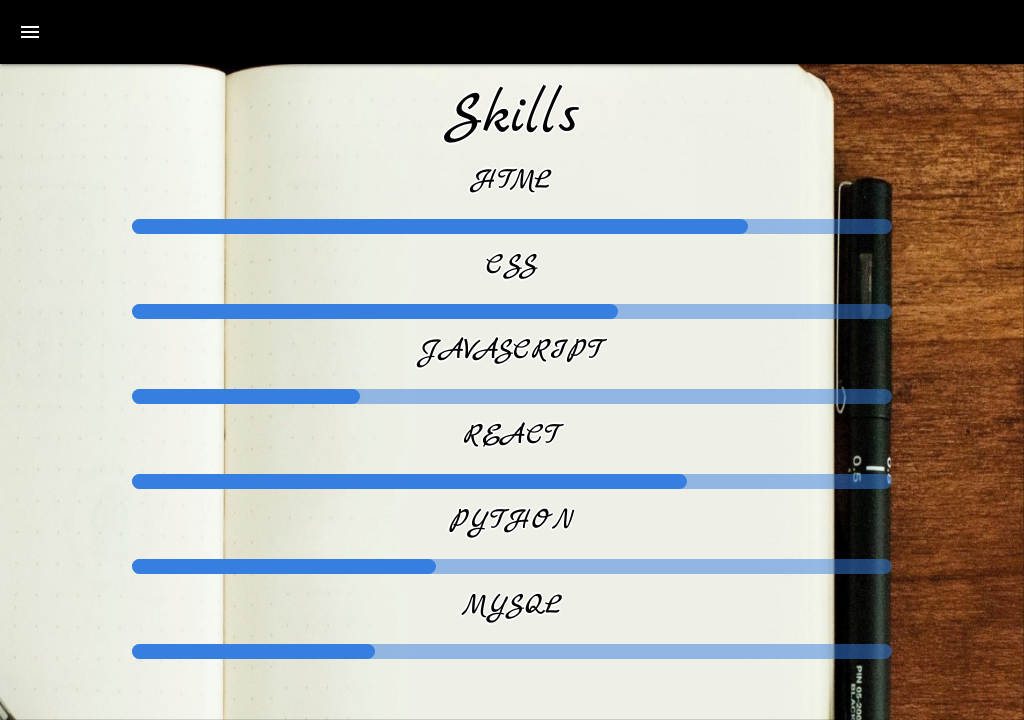
Repository: Ajtheult/portfolio.v3
Page: /skills
An editor plug-in stored every save of this project. The page is shown before and after the next save, followed by the edit.
The browser window is 1024 px wide. The pictures show the whole page.
Some web fonts or font styles are not loaded; a fallback is used. The project was rebuilt for these pictures with package versions that can differ from the ones it lists, and the page was loaded fresh each time. Also part of the build but not shown: src/components/layout/pages/Home.js, src/components/layout/pages/MyWork.js, src/components/layout/pages/Testimonials.js.

Above is the page before, as saved 2020-07-31 12:47:14.

### public/index.html
<!DOCTYPE html>
<html lang="en">
  <head>
    <meta charset="utf-8" />
    <link rel="icon" href="%PUBLIC_URL%/favicon.ico" />
    <meta name="viewport" content="width=device-width, initial-scale=1" />
    <meta name="theme-color" content="#000000" />
    <meta
      name="description"
      content="Web site created using create-react-app"
    />

    <link rel="manifest" href="%PUBLIC_URL%/manifest.json" />
    <link
      href="https://fonts.googleapis.com/css2?family=Marck+Script&display=swap"
      rel="stylesheet"
    />
    <link
      href="https://fonts.googleapis.com/css2?family=Gruppo&display=swap"
      rel="stylesheet"
    />
    <link rel="manifest" href="%PUBLIC_URL%/manifest.json" />

    <link
      rel="stylesheet"
      href="https://fonts.googleapis.com/icon?family=Material+Icons"
    />

    <link
      rel="stylesheet"
      href="https://use.fontawesome.com/releases/v5.7.2/css/all.css"
      integrity="sha384-fnmOCqbTlWIlj8LyTjo7mOUStjsKC4pOpQbqyi7RrhN7udi9RwhKkMHpvLbHG9Sr"
      crossorigin="anonymous"
    />
    <title>Asaph Franks portfolio</title>
  </head>
  <body>
    <noscript>You need to enable JavaScript to run this app.</noscript>
    <div id="root"></div>
  </body>
</html>

### src/index.js
import React from "react";
import ReactDOM from "react-dom";
import App from "./App";
import "materialize-css/dist/css/materialize.min.css";

ReactDOM.render(
  <React.StrictMode>
    <App />
  </React.StrictMode>,
  document.getElementById("root")
);

### src/App.js
import React from "react";

import { Home } from "./components/layout/pages/Home";
import { Skills } from "./components/layout/pages/Skills";
import { MyWork } from "./components/layout/pages/MyWork";
import { Testimonials } from "./components/layout/pages/Testimonials";
import Navbar from "./components/layout/navbar/Navbar";

import { BrowserRouter as Router, Route, Switch } from "react-router-dom";
import "./App.css";

function App() {
  return (
    <Router>
      <div className="App">
        <Navbar />

        <Switch>
          <Route exact path="/portfolio-v3" component={Home} />
          <Route path="/skills" component={Skills} />
          <Route path="/mywork" component={MyWork} />
          <Route path="/testimonials" component={Testimonials} />
        </Switch>
      </div>
    </Router>
  );
}

export default App;

### src/components/layout/pages/Skills.js
import React from "react";
import "../../../App.css";
import background4 from "../resources/background4.jpg";

export const Skills = () => {
  return (
    <div>
      <div className="bg-color">
        <img src={background4} className="bg" alt="bg" />
      </div>
      <div class="container_properties">
        <h1 className="skills_heading">Skills</h1>
        <ul>
          <li className="html skills_li skills_text">HTML</li>
          <li className="css skills_li skills_text">CSS</li>
          <li className="js skills_li skills_text">JavaScript</li>
          <li className="react skills_li skills_text">React</li>
          <li className="py skills_li skills_text">Python</li>
          <li className="sql skills_li skills_text">mySQL</li>
        </ul>
      </div>
    </div>
  );
};

### src/components/layout/navbar/Navbar.js
/* eslint-disable no-unused-vars */
import React, { Component } from "react";
import M from "materialize-css/dist/js/materialize.min.js";
import me from "./me.jpg";
import music from "./music.jpg";
import "../../../App.css";
import { Link } from "react-router-dom";

export class Navbar extends Component {
  componentDidMount() {
    document.addEventListener("DOMContentLoaded", function () {
      var elems = document.querySelectorAll(".sidenav");
      var instances = M.Sidenav.init(elems, {});
    });
  }

  render() {
    return (
      <div>
        <nav>
          <div className="nav-wrapper colour">
            <a
              href="#home"
              data-target="slide-out"
              className="sidenav-trigger show-on-large"
            >
              <i className="material-icons">menu</i>
            </a>
          </div>
        </nav>

        <ul id="slide-out" className="sidenav">
          <li>
            <div className="user-view">
              <div className="background">
                <img className="background_img" src={music} alt="img" />
              </div>

              <img className="circle" src={me} alt="img of me" />

              <span className="black-text name move_me">Asaph Franks</span>

              <span className="black-text email  move_me">
                Asaphfranksboi@gmail.com
              </span>
            </div>
            {/* Change font so that the name can be better read */}
          </li>
          <Link to="/portfolio-v3">
            <br />
            <li className="colour_of_nav">Home</li>
          </Link>{" "}
          <br />
          <Link to="/skills">
            <li className="colour_of_nav">Skills</li>
          </Link>
          <br />
          <Link to="/mywork">
            <li className="colour_of_nav">Work</li>
          </Link>
          <br />
          <Link to="/testimonials">
            <li className="colour_of_nav">Testimonials</li>
          </Link>
        </ul>
      </div>
    );
  }
}

export default Navbar;

### src/App.css
.App {
  text-align: center;
}

body {
  background-color: black;
  color: white;
}
.background_img {
  width: 100%;
  height: 100%;
}

.move_me {
  text-align: left;
}

.colour {
  background-color: black;
}

img.bg {
  /* Set rules to fill background */
  min-height: 100%;
  min-width: 1024px;

  /* Set up proportionate scaling */
  width: 100%;
  height: auto;

  /* Set up positioning */
  position: fixed;
  top: 0;
  left: 0;
  z-index: -1;
}

div.admin-bg {
  /* Set up positioning */
  position: fixed;
  top: 0;
  left: 0;
  z-index: -1;
  background-color: black;
}

@media screen and (max-width: 1024px) {
  /* Specific to this particular image */
  img.bg {
    left: 50%;
    margin-left: -512px; /* 50% */
  }
}

.intro_name_top {
  font-family: "Marck Script", cursive;
  font-size: 130px;
  color: black;
  text-shadow: 2px 0 0 #fff, -2px 0 0 #fff, 0 2px 0 #fff, 0 -2px 0 #fff,
    1px 1px #fff, -1px -1px 0 #fff, 1px -1px 0 #fff, -1px 1px 0 #fff;
}
.testimonial_title {
  font-family: "Marck Script", cursive;
  color: black;
  font-size: 80px;
  text-shadow: 2px 0 0 #fff, -2px 0 0 #fff, 0 2px 0 #fff, 0 -2px 0 #fff,
    1px 1px #fff, -1px -1px 0 #fff, 1px -1px 0 #fff, -1px 1px 0 #fff;
}

.intro_name_bottom {
  font-size: 60px;
  color: #000000;
  font-weight: bold;
  text-shadow: 2px 0 0 #fff, -2px 0 0 #fff, 0 2px 0 #fff, 0 -2px 0 #fff,
    1px 1px #fff, -1px -1px 0 #fff, 1px -1px 0 #fff, -1px 1px 0 #fff;
  font-family: "Gruppo", cursive;
}

.logos {
  text-align: left;
  font-size: 30px;
}

.contact-title {
  margin-top: -5px;
  font-family: "Marck Script", cursive;
  font-size: 90px;
  color: black;
  text-shadow: 2px 0 0 #fff, -2px 0 0 #fff, 0 2px 0 #fff, 0 -2px 0 #fff,
    1px 1px #fff, -1px -1px 0 #fff, 1px -1px 0 #fff, -1px 1px 0 #fff;
}

.about-title {
  margin-top: 1px;
  font-family: "Marck Script", cursive;
  font-size: 80px;
  color: black;
  text-shadow: 2px 0 0 #fff, -2px 0 0 #fff, 0 2px 0 #fff, 0 -2px 0 #fff,
    1px 1px #fff, -1px -1px 0 #fff, 1px -1px 0 #fff, -1px 1px 0 #fff;
}

.student_bio {
  margin-top: 2%;
  font-size: 23px;
}

.big_frontend {
  font-size: 40px;
  font-family: "Gruppo", cursive;
}

.move_the_name {
  margin-top: -12px;
  font-size: 20px;
  font-weight: bold;
}

.enlarge_paragraph {
  font-size: 22px;
  font-family: "Times New Roman", Times, serif;
}

.my_info {
  font-size: 30px;
  text-align: left;
  font-family: "Gruppo", cursive;
}

.my_info_2 {
  font-size: 20px;
  text-align: left;
  line-height: 8px;
  font-family: "Times New Roman", Times, serif;
}

.my_info_3 {
  font-size: 25px;
  text-align: left;
  line-height: 8px;
  font-family: "Times New Roman", Times, serif;
}

.black_text {
  color: black;
}

.passion_heading {
  text-align: center;
  font-family: "Marck Script", cursive;
  font-size: 45px;
}

.passion_content {
  font-family: "Gruppo", cursive;
  font-weight: bold;
  line-height: 25px;
}

.margin_on_top {
  margin-top: 1px;
  font-size: 20px;
  font-family: "Marck Script", cursive;
  font-weight: bold;
}

.my_work_desc {
  font-size: 20px;
  font-family: "Times New Roman", Times, serif;
}

.my_work_title {
  font-family: "Gruppo", cursive;
  color: black;
  font-size: 30px;
  text-shadow: 2px 0 0 rgb(0, 0, 0), -2px 0 0 rgb(0, 0, 0), 0 2px 0 #fff,
    0 -2px 0 #fff, 1px 1px #fff, -1px -1px 0 #fff, 1px -1px 0 #fff,
    -1px 1px 0 #fff;
}

.link-size {
  font-size: 40px;
  margin-top: -40px;
  padding: 1%;
  text-align: left;
  margin-left: 60px;
  font-family: "Gruppo", cursive;
  color: blue;
}

.button_margin {
  margin-top: 5px;
}

.work_title {
  font-family: "Marck Script", cursive;
  color: black;
  font-size: 50px;
  text-shadow: 2px 0 0 #fff, -2px 0 0 #fff, 0 2px 0 #fff, 0 -2px 0 #fff,
    1px 1px #fff, -1px -1px 0 #fff, 1px -1px 0 #fff, -1px 1px 0 #fff;
}

.colour_of_nav {
  color: black;
  margin-top: -30px;
}

.style_for_landingpage {
  margin-left: 15.5%;
  margin-top: 6%;
  position: absolute;
  padding: 50px;
  width: 70%;
  transform: "translate(-50%, -50%)";
}

.skills_li {
  position: relative;
  list-style: none;
  margin: 50px 0;
  font-weight: 500;
  text-transform: uppercase;
}

.skills_li:before {
  content: "";
  position: absolute;
  top: calc(100% + 10px);
  left: 0;
  width: 100%;
  height: 15px;
  background-color: rgba(54, 126, 223, 0.5);
  border-radius: 1000px;
}

.skills_li:after {
  content: "";
  position: absolute;
  top: calc(100% + 10px);
  left: 0;
  width: 0;
  height: 15px;
  background-color: rgba(54, 126, 223, 1);
  border-radius: 1000px;
  animation-duration: 0.7s;
  animation-timing-function: ease;
  animation-fill-mode: forwards;
}

.html:after {
  animation-name: html;
}

@keyframes html {
  to {
    width: 81%;
  }
}

.css:after {
  animation-name: css;
}

@keyframes css {
  to {
    width: 64%;
  }
}

.js:after {
  animation-name: js;
}

@keyframes js {
  to {
    width: 30%;
  }
}

.py:after {
  animation-name: py;
}

@keyframes py {
  to {
    width: 40%;
  }
}

.sql:after {
  animation-name: sql;
}

@keyframes sql {
  to {
    width: 32%;
  }
}

.react:after {
  animation-name: react;
}

@keyframes react {
  to {
    width: 73%;
  }
}

.skills_text {
  font-family: "Marck Script", cursive;
  color: black;
  font-size: 30px;
  text-shadow: 1px 0 0 #fff, -2px 0 0 #fff, 0 2px 0 #fff, 0 -2px 0 #fff,
    1px 1px #fff, -1px -1px 0 #fff, 1px -1px 0 #fff, -1px 1px 0 #fff;
  margin-top: -20px;
}

.skills_heading {
  font-family: "Marck Script", cursive;
  color: black;
  font-size: 60px;
  text-shadow: 1px 0 0 #fff, -2px 0 0 #fff, 0 2px 0 #fff, 0 -2px 0 #fff,
    1px 1px #fff, -1px -1px 0 #fff, 1px -1px 0 #fff, -1px 1px 0 #fff;
  margin-top: -50px;
}

.container_properties {
  width: 800px;
  margin: 50px auto 0;
  padding: 20px;
  line-height: 55px;
}

.size_of_email {
  font-size: 30px;
  margin-top: 10px;
}

.move_num_down {
  margin-top: 20px;
}

After the next save:
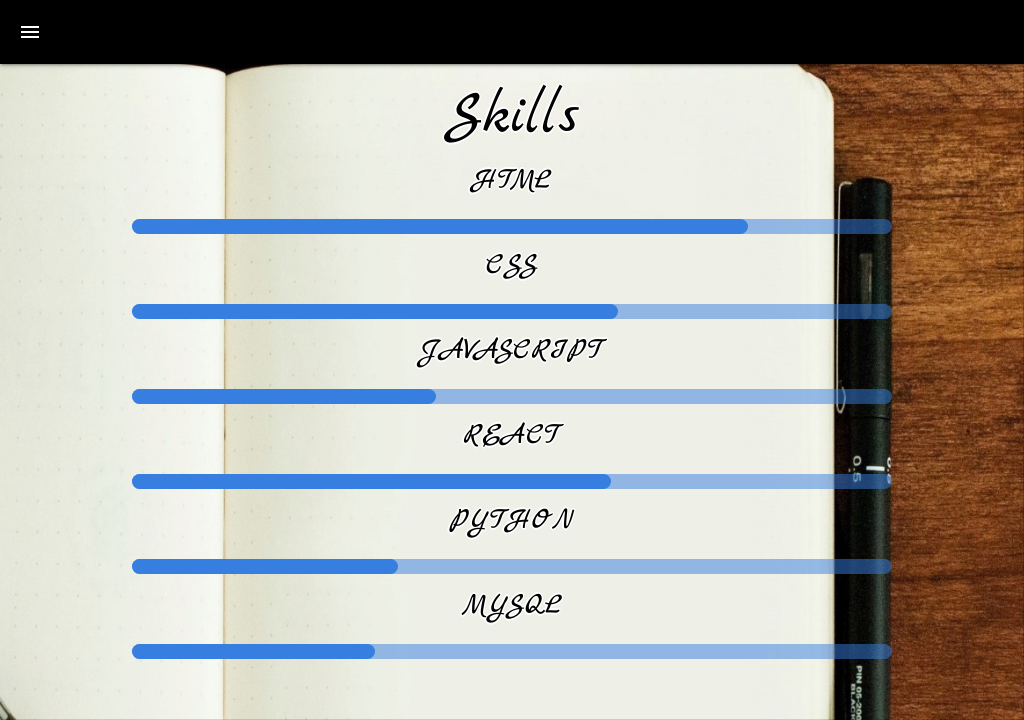
Saved 2 days later.
--- a/src/App.css
+++ b/src/App.css
@@ -20,15 +20,10 @@ body {
 }
 
 img.bg {
-  /* Set rules to fill background */
   min-height: 100%;
   min-width: 1024px;
-
-  /* Set up proportionate scaling */
   width: 100%;
   height: auto;
-
-  /* Set up positioning */
   position: fixed;
   top: 0;
   left: 0;
@@ -36,7 +31,6 @@ img.bg {
 }
 
 div.admin-bg {
-  /* Set up positioning */
   position: fixed;
   top: 0;
   left: 0;
@@ -45,10 +39,9 @@ div.admin-bg {
 }
 
 @media screen and (max-width: 1024px) {
-  /* Specific to this particular image */
   img.bg {
     left: 50%;
-    margin-left: -512px; /* 50% */
+    margin-left: -512px;
   }
 }
 
@@ -272,7 +265,7 @@ div.admin-bg {
 
 @keyframes js {
   to {
-    width: 30%;
+    width: 40%;
   }
 }
 
@@ -282,7 +275,7 @@ div.admin-bg {
 
 @keyframes py {
   to {
-    width: 40%;
+    width: 35%;
   }
 }
 
@@ -302,7 +295,7 @@ div.admin-bg {
 
 @keyframes react {
   to {
-    width: 73%;
+    width: 63%;
   }
 }
 
